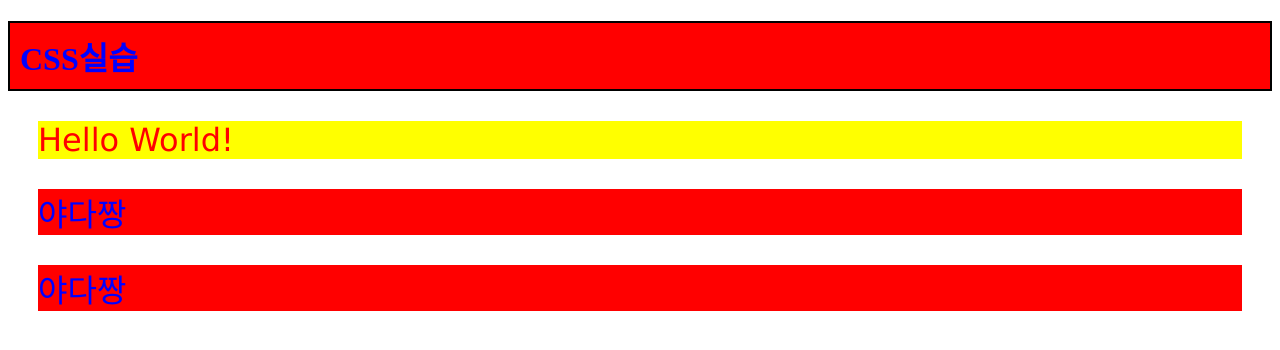
Repository: ashojm/WebWork
Page: Web/first.html
The author's editor kept a copy of each file at every save. The page is drawn from the files as they stood at one save, then again after the next save.
The browser window is 1280 px wide. The pictures show the whole page.

Above is the page before, as saved 2015-11-12 16:19:27.

### Web/first.html
<!DOCTYPE html>
<html>
	<head>
		<meta charset="UTF-8">
		<link rel="stylesheet" href="css/base.css"/>
		<title>제목입니다.</title>
	</head>
	<body>
		<h1>CSS실습</h1>
		<p>
			Hello World!
		</p>
		<p id="yada">
			야다짱
		</p>
		<p id="yada">
			야다짱
		</p>

	</body>
</html>

### Web/css/base.css
h1{color:#0000FF;font-family:serif;font-size:200%;background-color:red;border:2px solid black;padding:10px}
p {color:red;font-size:200%;font-family:Verdana;background-color:yellow;margin:30px}
p#yada {color:blue;background-color:red}

After the next save:
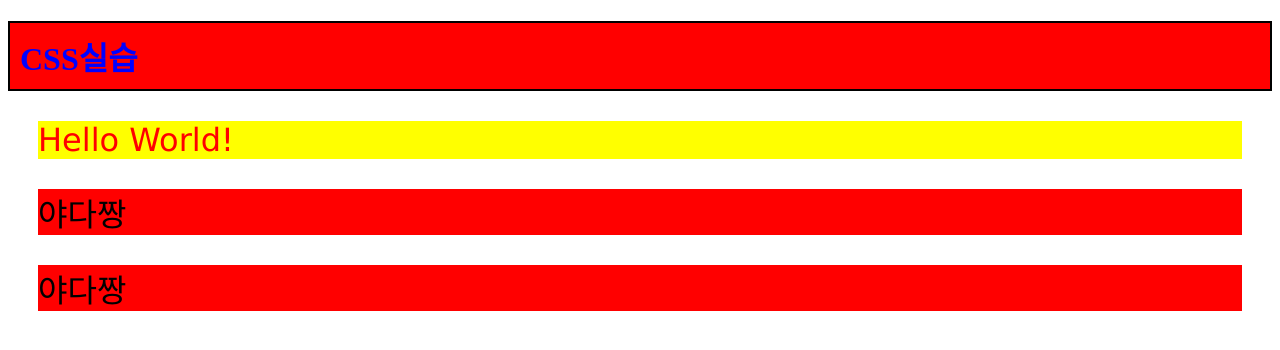
Saved 23 s later.
--- a/Web/css/base.css
+++ b/Web/css/base.css
@@ -1,3 +1,4 @@
 h1{color:#0000FF;font-family:serif;font-size:200%;background-color:red;border:2px solid black;padding:10px}
 p {color:red;font-size:200%;font-family:Verdana;background-color:yellow;margin:30px}
 p#yada {color:blue;background-color:red}
+p#yada {color:black;background-color:red}

After the save that followed:
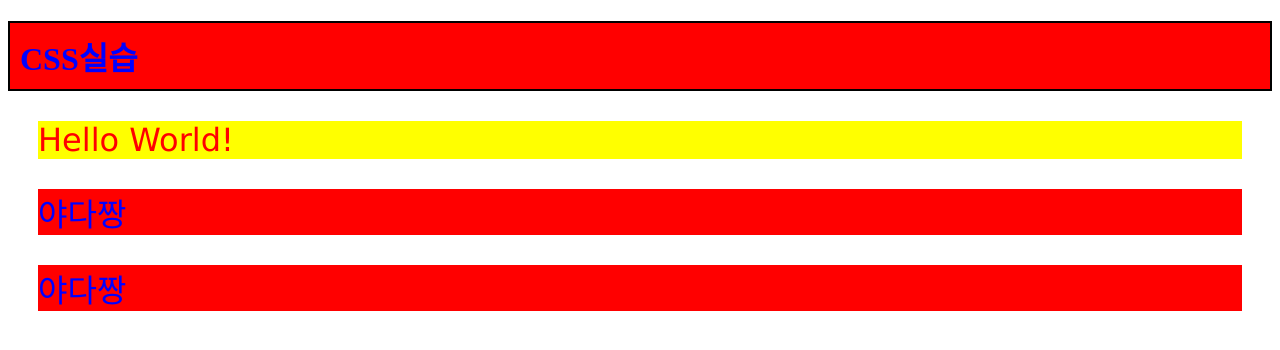
Saved 8 s later.
--- a/Web/css/base.css
+++ b/Web/css/base.css
@@ -1,4 +1,4 @@
 h1{color:#0000FF;font-family:serif;font-size:200%;background-color:red;border:2px solid black;padding:10px}
 p {color:red;font-size:200%;font-family:Verdana;background-color:yellow;margin:30px}
 p#yada {color:blue;background-color:red}
-p#yada {color:black;background-color:red}
+p.yada {color:black;background-color:red}
